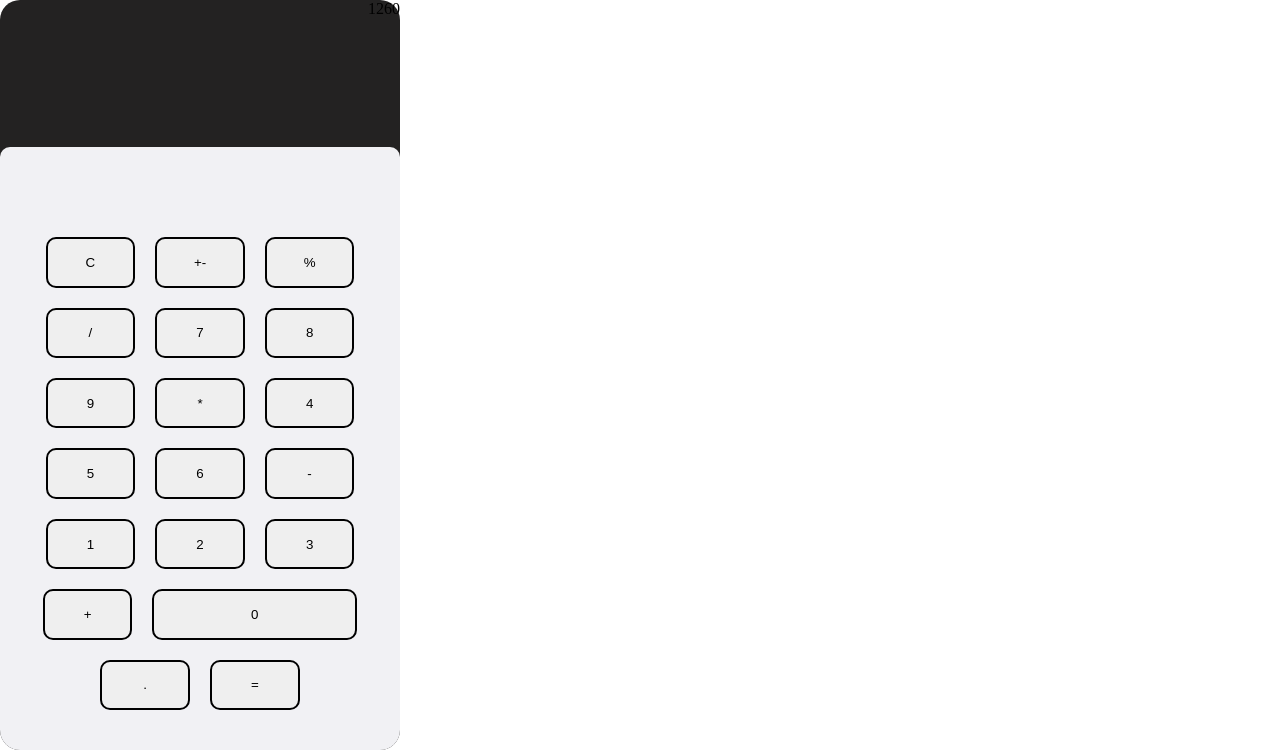
Repository: BrunoBross/calculator
Page: index.html
These files come from the project's save history. The page is drawn as it stood at one moment and after the next save; the edit follows.
The browser window is 1280 px wide. The pictures show the whole page.

Above is the page before, as saved 2021-11-30 23:04:21.

After the next save:
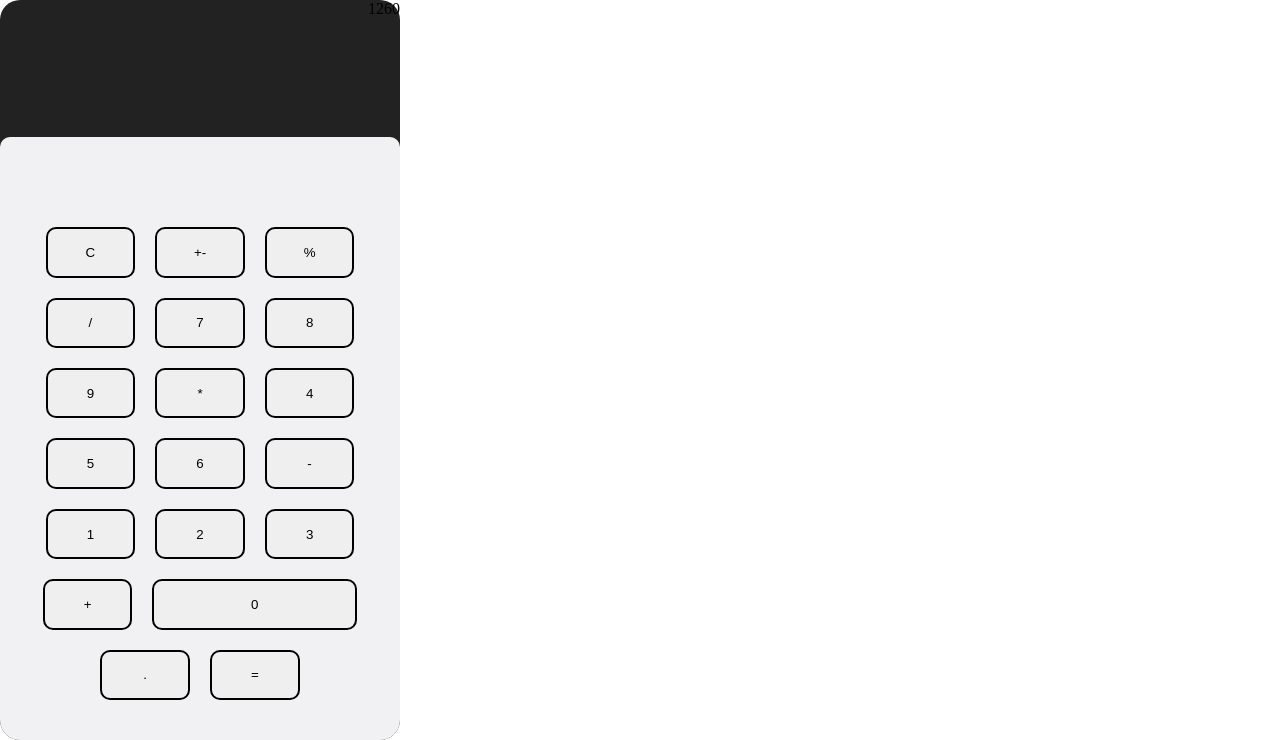
Saved 6 s later.
--- a/style.css
+++ b/style.css
@@ -8,7 +8,7 @@
   display: flex;
   flex-direction: column;
   width: 400px;
-  height: 750px;
+  height: 740px;
   border-radius: 20px;
 }
 
